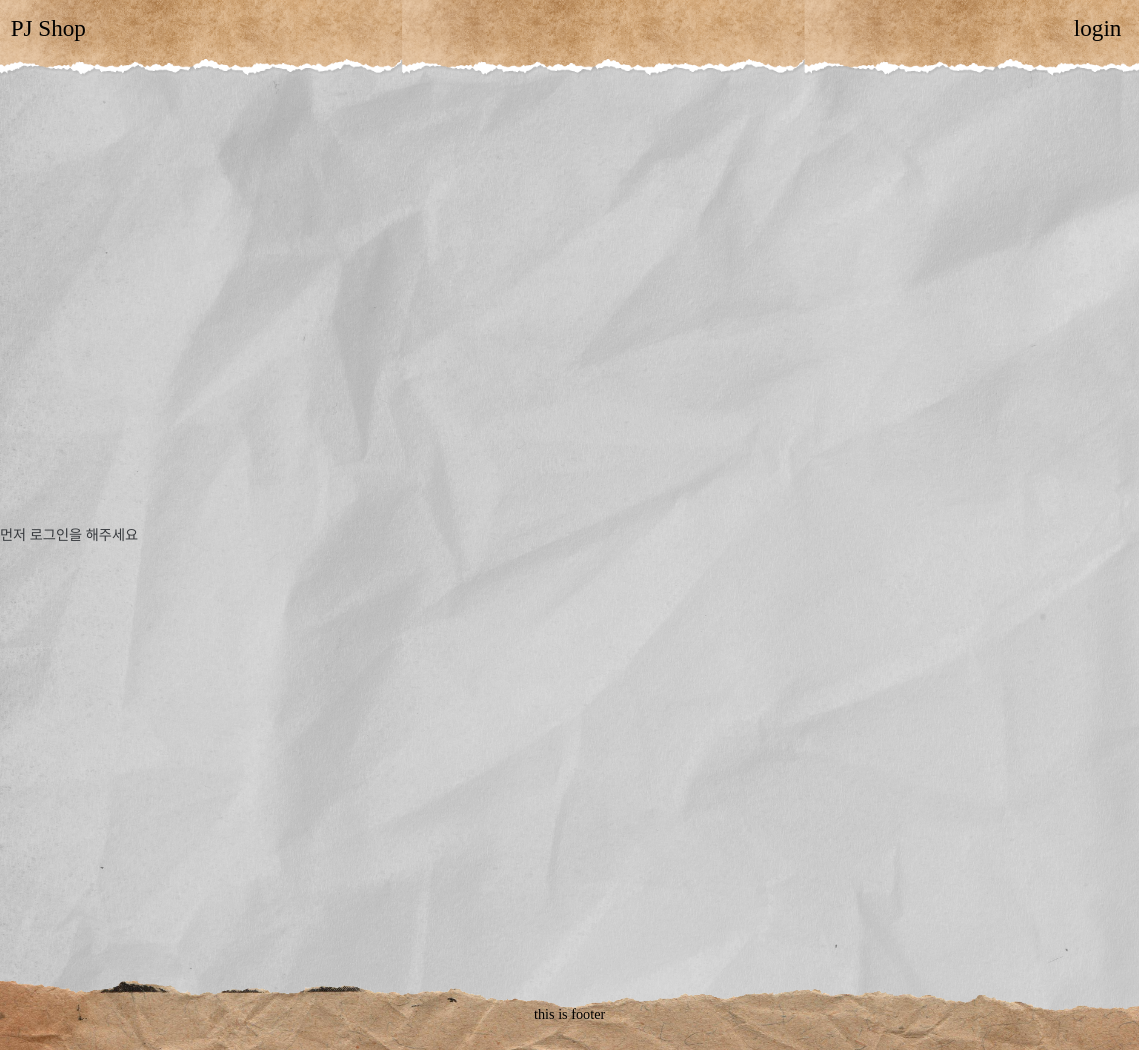
Repository: JUHAHAH/Servlet-Project
Page: http://localhost/SampleProject/
The author's editor kept a copy of each file at every save. The page is drawn from the files as they stood at one save, then again after the next save.
The browser window is 1280 px wide. The pictures show the whole page, at 89% of full size.
Some web fonts or font styles are not loaded; a fallback is used. The page is served by Tomcat 10. Other server files are loaded and not shown.

Above is the page before, as saved 2024-03-29 02:28:52.

### SampleProject/src/main/webapp/index.jsp
<%@ page language="java" contentType="text/html; charset=UTF-8"
    pageEncoding="UTF-8"%>
<%@ taglib prefix="c" uri="http://java.sun.com/jsp/jstl/core"%>
<!DOCTYPE html>
<html>
<head>
<meta charset="UTF-8">
<title>Insert title here</title>
<link href="/resources/css/main.css" rel="stylesheet">
</head>
<body>
	<jsp:include page="/shared/header.jsp"></jsp:include>
	<main>
		<c:choose>
			<c:when test="${ empty sessionScope.loginMember}">
				먼저 로그인을 해주세요
			</c:when>
			<c:otherwise>
				<div class="game">
					<jsp:include page="/shared/clicker.jsp"></jsp:include>
					<jsp:include page="/WEB-INF/views/items.jsp"></jsp:include>
				</div>
			</c:otherwise>
	</c:choose>
	</main>

	<c:if test="${ not empty sessionScope.message }">
		<script type="text/javascript">
			alert('${message}');
		</script>
	</c:if>

	<c:remove var="message" scope="session"/>

	<jsp:include page="/shared/footer.jsp"></jsp:include>
</body>
</html>

### SampleProject/src/main/webapp/shared/header.jsp
<%@ page language="java" contentType="text/html; charset=UTF-8"
    pageEncoding="UTF-8"%>
<%@ taglib prefix="c" uri="http://java.sun.com/jsp/jstl/core"%>
<!DOCTYPE html>
<html>
<head>
<meta charset="UTF-8">
<title>Insert title here</title>
<link href="/resources/css/main.css" rel="stylesheet">
</head>
<body>
<header>
	<div >
		<a href="/">
			PJ Shop
		</a>
		<div>
			<c:choose>
				<c:when test="${ empty sessionScope.loginMember}">
					<a href="/login">login</a>
				</c:when>
				<c:otherwise>
					<div>
                    	잔액:
               		</div>
               		<div>${ sessionScope.loginMember.memberAsset }원</div>
					<a href="/profile">${ sessionScope.loginMember.memberName }</a>
				</c:otherwise>
			</c:choose>
		</div>
	</div>
</header>
<div style="height: 100px; width: 100%"></div>
</body>
</html>

### SampleProject/src/main/webapp/shared/footer.jsp
<%@ page language="java" contentType="text/html; charset=UTF-8"
    pageEncoding="UTF-8"%>
<!DOCTYPE html>
<html>
<head>
<meta charset="UTF-8">
<title>Insert title here</title>
<link href="/resources/css/main.css" rel="stylesheet">
</head>
<body>
<footer>
	this is footer
</footer>
</body>
</html>

### SampleProject/src/main/webapp/resources/css/main.css
* {
  box-sizing: border-box;
  color: rgb(55, 58, 62);
  margin: 0;
  font-family: 'EF_jejudoldam';
}

@font-face {
  font-family: 'EF_jejudoldam';
  src: url('https://cdn.jsdelivr.net/gh/projectnoonnu/noonfonts_2210-EF@1.0/EF_jejudoldam.woff2')
    format('woff2');
  font-weight: normal;
  font-style: normal;
}
a {
  text-decoration: none;
  cursor: pointer;
  color: black;
   transition: 0.1s;
}

a:hover {
  color: rgb(66, 64, 60);

}

.game{
	display: flex;
	justify-content: center;
	align-items: center;
	height: 100%
}

.items{
	display: flex;
	flex-direction: column;
}

.monster {
  width: 400px;
  height: 400px;
}

.monster > * {
  max-width: 100%;
}
button {
  background-color: transparent;
  cursor: pointer;
  border: none;
}
body {
	margin: 0;
   background-image: url('../images/main.jpg');
  background-size: cover;
}

main {
	min-height: 1000px;
	display: flex;
	align-items: center;
}

header {
  font-size: 26px;
  position: top;
  position: fixed;
  width: 100%;
  justify-content: space-between;
  background-image: url('../images/header.png');
  background-size: contain;
  height: 90px;
}

header > div:first-child {
  display: flex;
  justify-content: space-between;
  align-items: center;
  padding: 12px;
  padding-top: 18px;
  padding-right: 20px;
}

header > div > div {
  display: flex;
}
header > div > div > * {
  padding-left: 8px;
}
header > div > div > a {
  padding-left: 10px;
}

.profile {
	width: 100%;
	font-size: 24px;
	display: flex;
	flex-direction: column;
	align-items: center;
}

.profile > * {
	margin: 10px
}

footer {
	display: flex;
	color: black;
	 background-image: url('../images/footer.png');
  background-size: cover;
	justify-content: center;
	padding-botton: 16px;
	align-items: center;
	height: 80px;
}

.itemFrame {
	margin: 10px;
  display: flex;
  justify-content: center;
  align-items: center;
  flex-direction: column;
  width: 250px;
  height: 250px;
}

.itemFrame > * {
  font-size: 23px;
}

.itemPur {
  display: flex;
  align-items: center;
  justify-content: center;
}

.itemImage {
  display: flex;
  object-fit: cover;
  border-radius: 50%;
  height: 160px;
  width: 160px;
  overflow: hidden;
  margin: 10px
}

After the next save:
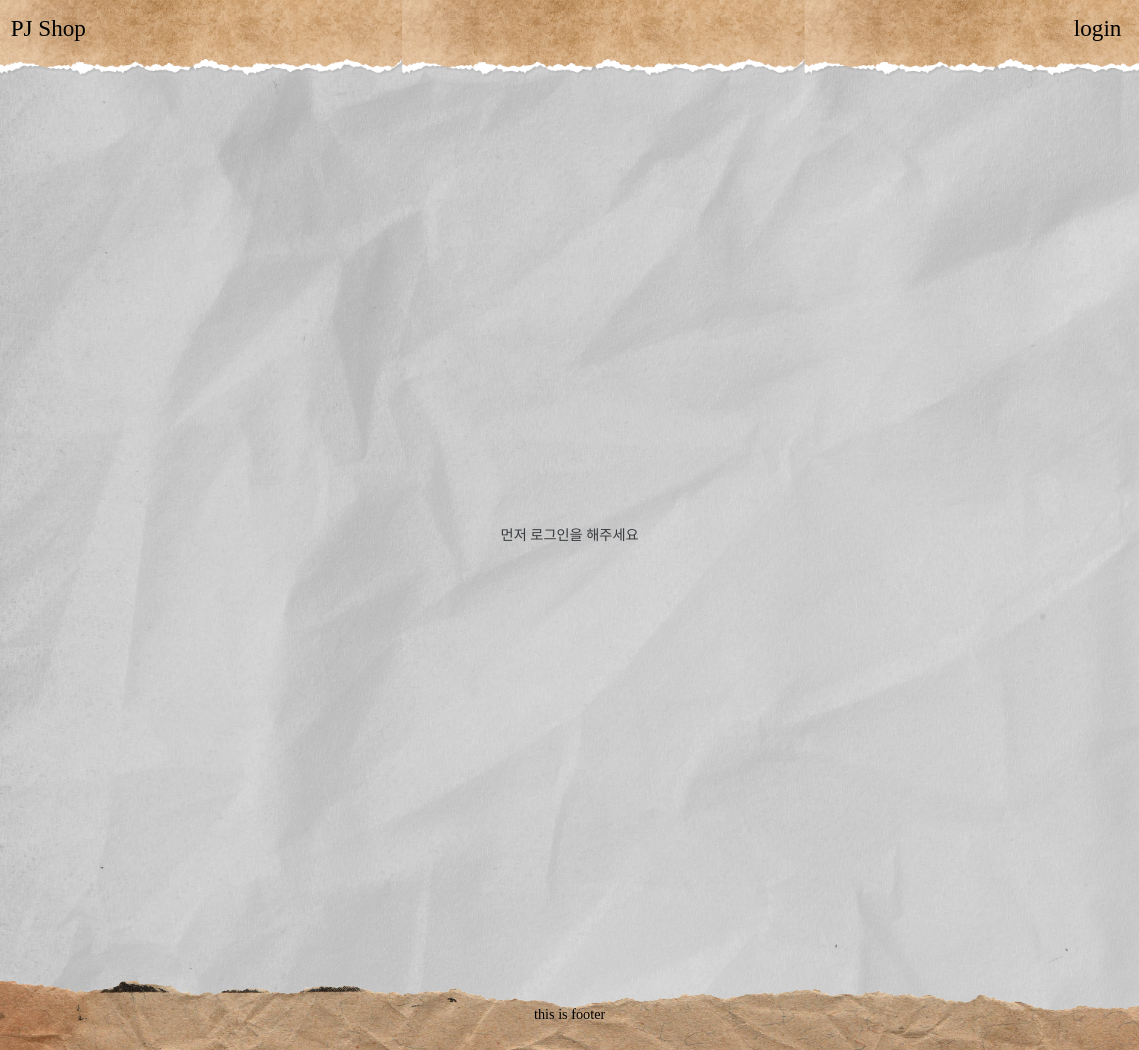
Saved 8 s later.
--- a/SampleProject/src/main/webapp/resources/css/main.css
+++ b/SampleProject/src/main/webapp/resources/css/main.css
@@ -59,6 +59,7 @@ main {
 	min-height: 1000px;
 	display: flex;
 	align-items: center;
+	justify-content: center;
 }
 
 header {
